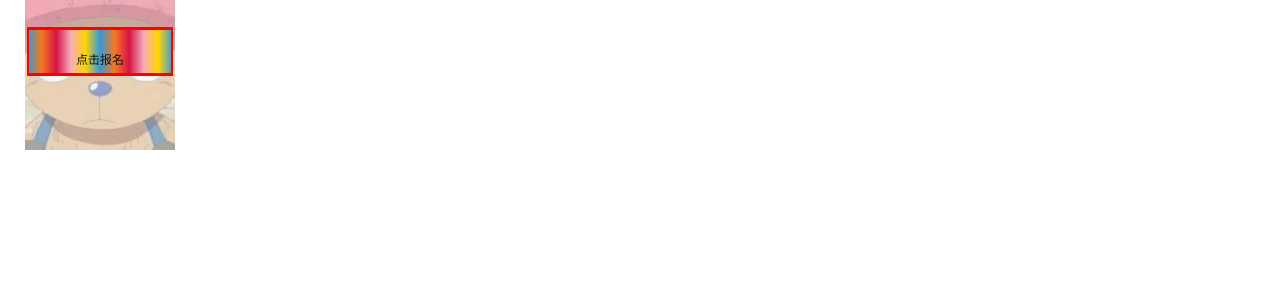
Repository: Yolanda0007/IFE-transition-demo
Page: /#/hover
An editor plug-in stored every save of this project. The page is shown before and after the next save, followed by the edit.
The browser window is 1280 px wide. The pictures show the whole page.
The project was rebuilt for these pictures with package versions that can differ from the ones it lists, and the page was loaded fresh each time. Also part of the build but not shown: src/components/HelloWorld.vue, src/components/Area.vue, src/components/transform.vue.

Above is the page before, as saved 2018-10-26 18:58:08.

After the next save:
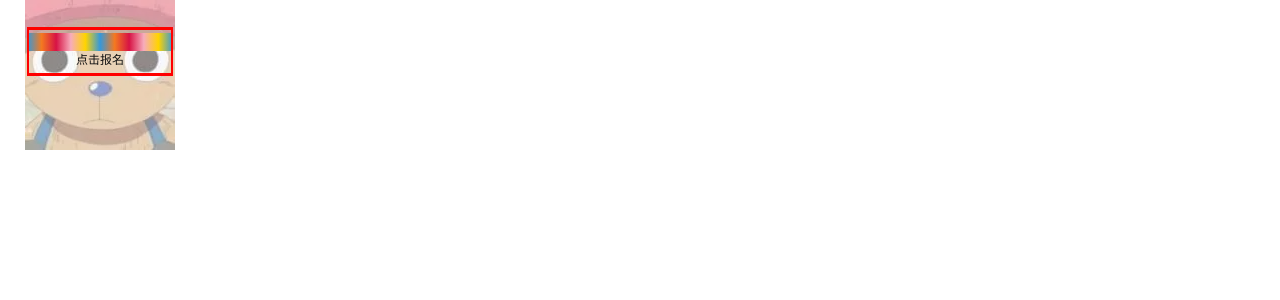
Saved 43 s later.
--- a/src/components/hover.vue
+++ b/src/components/hover.vue
@@ -60,10 +60,11 @@
       position: relative;
       margin: rem(20);
       padding: rem(10) 0;
+    }
+    .linear{
       background-image: -webkit-linear-gradient(left, #3498db, #f47920 10%, #d71345 20%, #f7acbc 30%,
             #ffd400 40%, #3498db 50%, #f47920 60%, #d71345 70%, #f7acbc 80%, #ffd400 90%, #3498db);
       color: transparent;
-
     }
   }
   .border{
